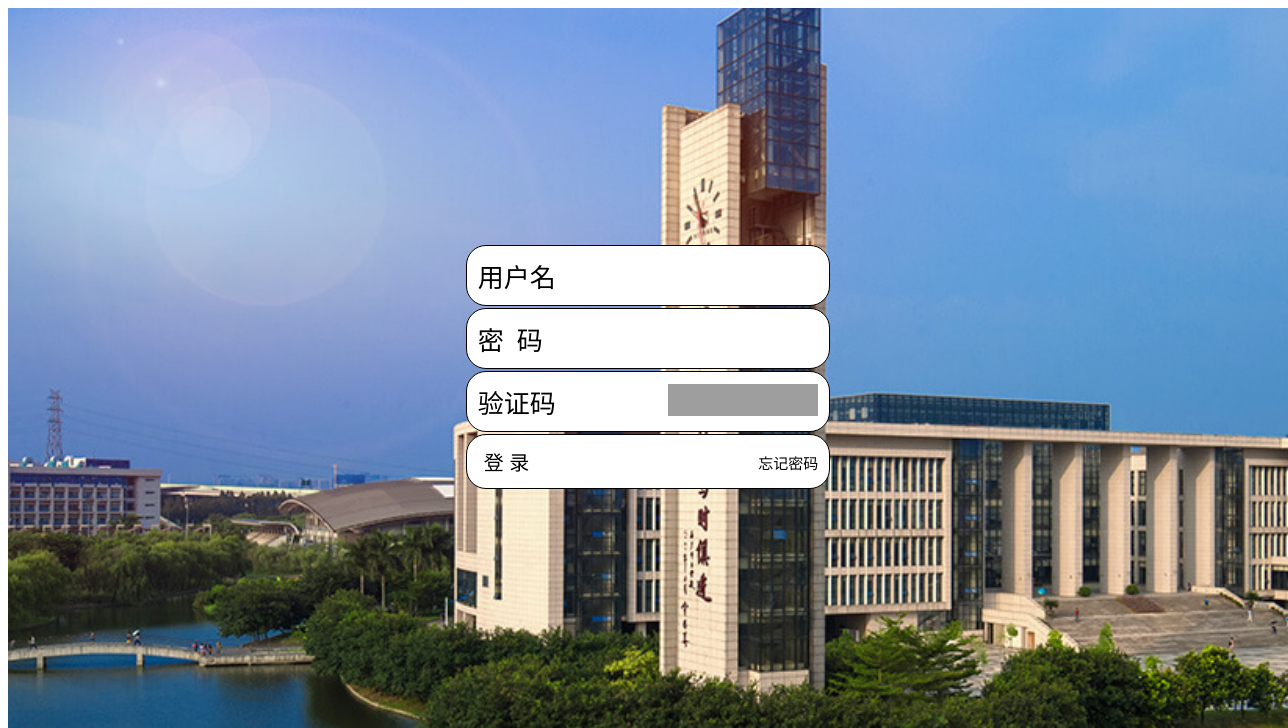
Repository: IAmJiangWenHao/ReportServer
Page: demo.html
The author's editor kept a copy of each file at every save. The page is drawn from the files as they stood at one save, then again after the next save.
The browser window is 1280 px wide. The page is 1288 px wide, so the pictures cover 1288 px, including what lies to the right of the window. The pictures show the whole page.
Pictures or frames that could not be fetched are drawn as grey boxes.

Above is the page before, as saved 2023-05-16 12:15:43.

### demo.html
<!DOCTYPE html>
<html>

<head>
  <meta http-equiv="Content-Type" content="text/html; charset=UTF-8">
  <title>登录</title>
</head>

<body>
  <style>
    dfv {
      height: 100%;
      width: 100%;
      position: absolute;
      background-image: url('./web/img/gzdx-bg.jpg');
      background-size: cover;
      background-position: center;

    }

    form {
      height: 100%;
    }

    table {
      height: 100%;
      display: flex;
      justify-content: center;
      align-items: center;
    }

    table tbody tr {
      border: 1px solid black;
      margin-bottom: 2px;
      display: flex;
      border-radius: 20px;
      width: auto;
      height: auto;
      padding: 10px;
      font-size: 26px;
      background-color: #fff;
      position: relative;
      justify-content: space-between
    }
    table tbody tr td a{
      color: #000;
      text-decoration:none;
    }
    table tbody tr td input{
      border: 0;
      background-color: #fff;
    }
  </style>

  <script type="text/javascript"> //这里是JavaScript
    window.onload = function () {
      document.getElementById("img").onclick = function () {
        /*document.getElementById()通过元素的id来获取元素，
         .getElementById("img")先获取"img" 元素；
         然后.onclick()，点击触发一个事件，这个事件发生会执行funciton()函数。
         目的:点击id为img的页面元素时会触发funciton函数。生成验证码*/
        this.src = "CheckcodeServlet?time" + new Date().getTime();
        //new Date().getTime()增加时间戳来更换验证码图片
      };
    };

  </script>
  <script type="text/javascript">
    //检查输入是否为空
    function Check() {
      const username = document.form1.username.value;
      const password = document.form1.password.value;
      const checkcode = document.form1.checkcode.value;

      if (!username) {
        alert("用户名不能为空！");
        document.form1.username.focus();
        return false;
      }

      if (!password) {
        alert("密码不能为空！");
        document.form1.password.focus();
        return false;
      }

      if (!checkcode) {
        alert("验证码不能为空！");
        document.form1.checkcode.focus();
        return false;
      }

      return true;
    }
  </script>

  <dfv>
    <form action="LoginServlet" method="post" name="form1" onSubmit="return Check()">
      <!-- form属性action="LoginServlet"中，LoginServlet待后续实现，用于处理请求-->
      <table>

        <tr>
          <td>用户名</td>
          <td><input style="width:150px;height:30px;" type="text" name="username" size="20"></td>
        </tr>
        <tr>
          <td>密&nbsp;&nbsp;码</td>
          <td><input style="width: 150px;height:30px;" type="password" name="password" size="20"></td>
        </tr>
        <tr>
          <td>验证码</td>
          <td><input style="width: 100px;height:30px;" type="text" name="checkcode" size="15">
            <img style="width:150px;height:32px;" id="img" src="CheckcodeServlet" alt="[验证码待续]" align="center">
            <!-- id为img的页面元素,显示验证码图像；src="CheckcodeServlet"中，CheckcodeServlet待后续实现-->
          </td>
        </tr>
        <tr>
          <td><input style="font-size:20px;" type="submit" value="登&nbsp;录">

          </td>
          <td>
            <font style="font-size:15px;">&nbsp;&nbsp;&nbsp;&nbsp;<a href="forgetPassword.jsp">忘记密码 </a> </font>
          </td>
        </tr>
      </table>
    </form>
    </div>
</body>

</html>

After the next save:
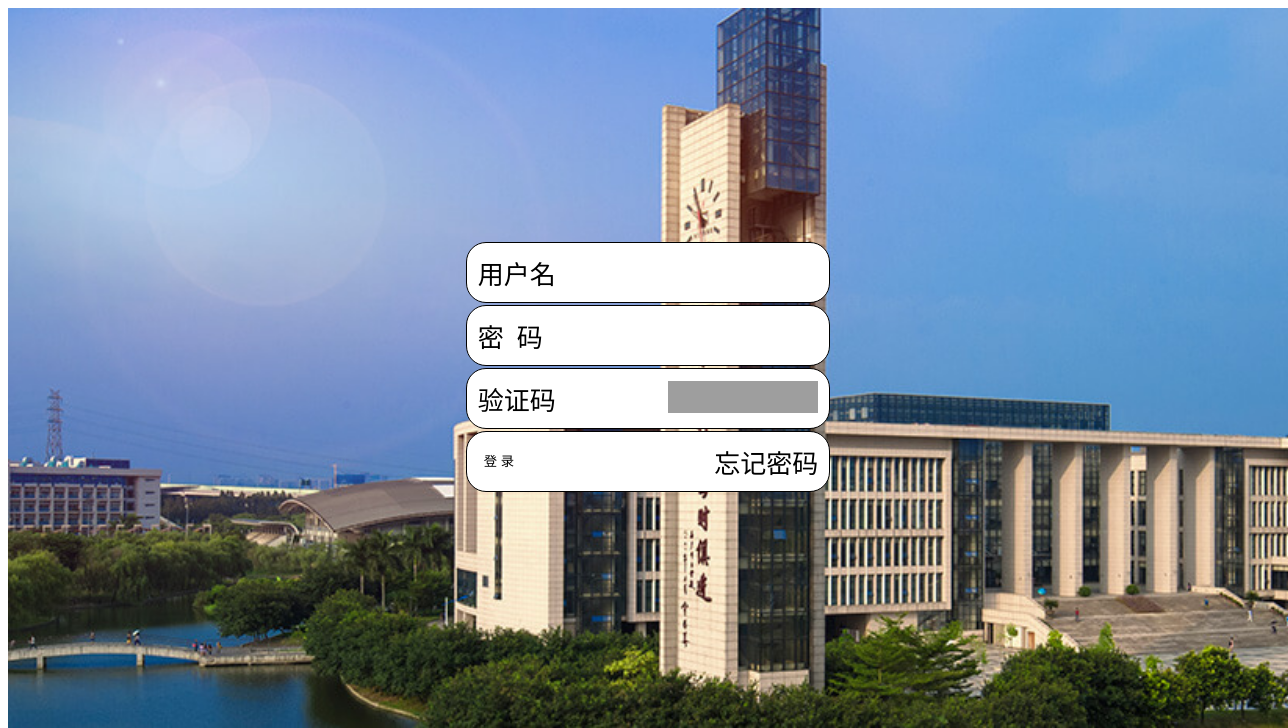
Saved 12 s later.
--- a/demo.html
+++ b/demo.html
@@ -115,11 +115,11 @@
           </td>
         </tr>
         <tr>
-          <td><input style="font-size:20px;" type="submit" value="登&nbsp;录">
+          <td><input type="submit" value="登&nbsp;录">
 
           </td>
           <td>
-            <font style="font-size:15px;">&nbsp;&nbsp;&nbsp;&nbsp;<a href="forgetPassword.jsp">忘记密码 </a> </font>
+            <font>&nbsp;&nbsp;&nbsp;&nbsp;<a href="forgetPassword.jsp">忘记密码 </a> </font>
           </td>
         </tr>
       </table>
